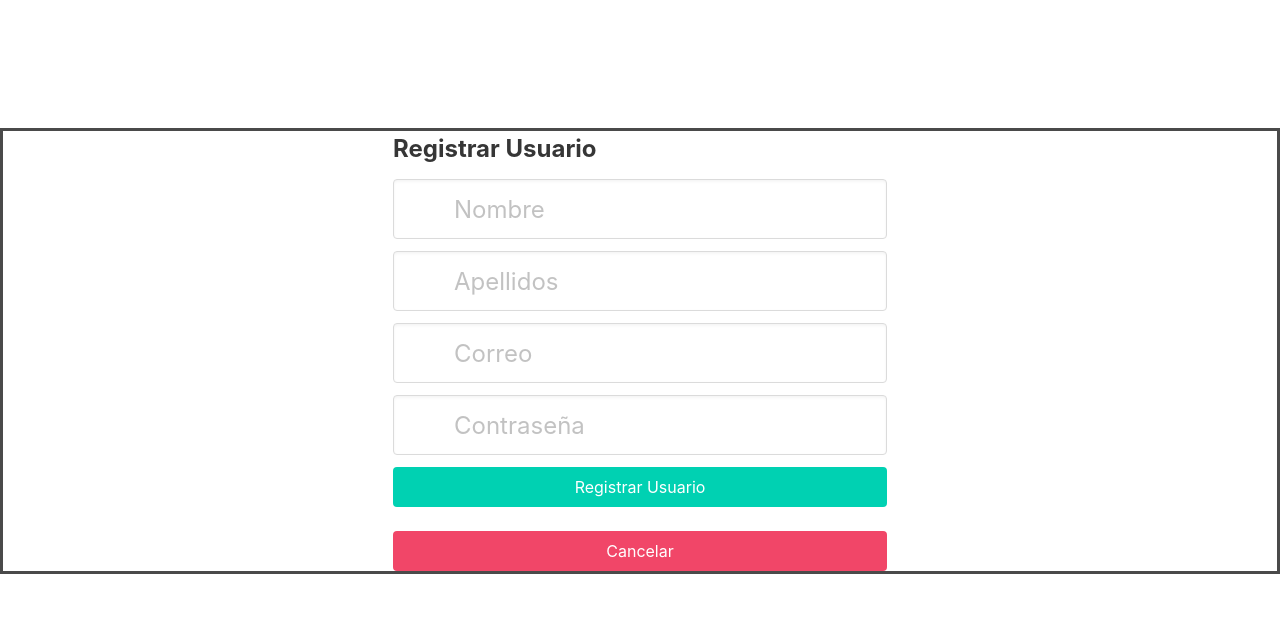
Repository: Spawnbig/ProyectoEspTec1
Page: /
The author's editor kept a copy of each file at every save. The page is drawn from the files as they stood at one save, then again after the next save.
The browser window is 1280 px wide. The pictures show the whole page.
The project was rebuilt for these pictures with package versions that can differ from the ones it lists, and the page was loaded fresh each time. Also part of the build but not shown: vite.config.js, src/views/Dashboard.vue.

Above is the page before, as saved 2022-07-08 22:05:22.

After the next save:
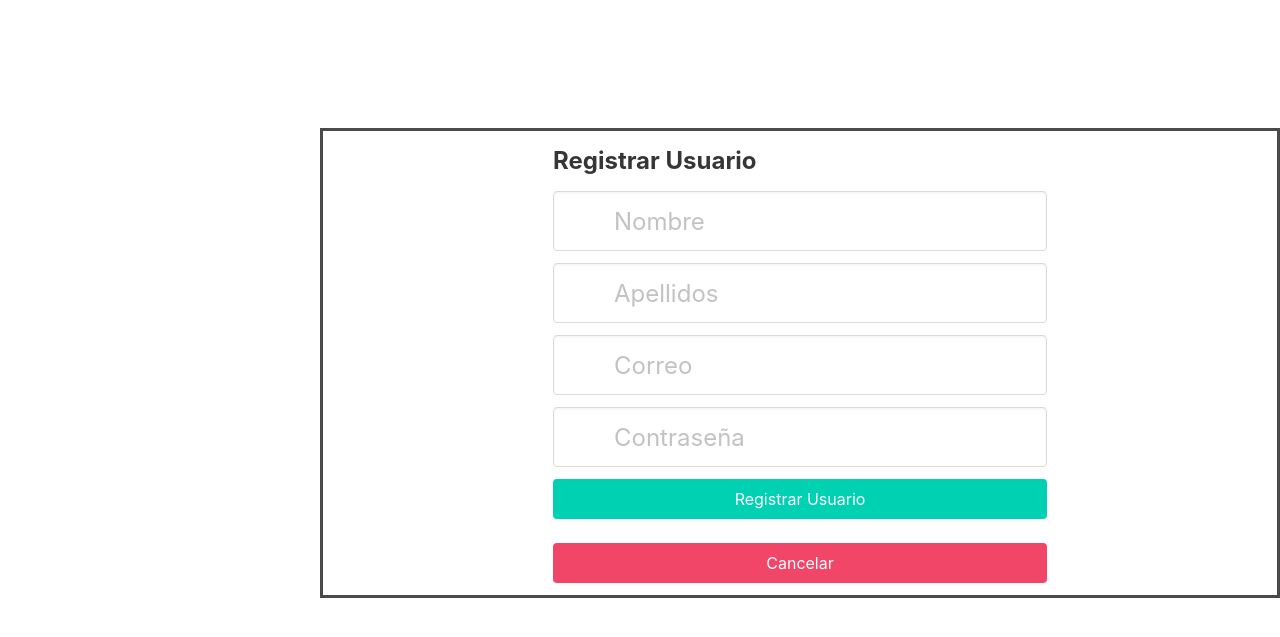
Saved 11 s later.
--- a/src/components/CrearUsuario.vue
+++ b/src/components/CrearUsuario.vue
@@ -1,5 +1,5 @@
 <template>
-<div id="Cuerpo" class="is-offset-one-quarter">
+<div id="Cuerpo" class="column is-offset-one-quarter">
 <div class="field">
   <label class="label is-large">Registrar Usuario</label>
   <div class="control has-icons-left has-icons-right">
